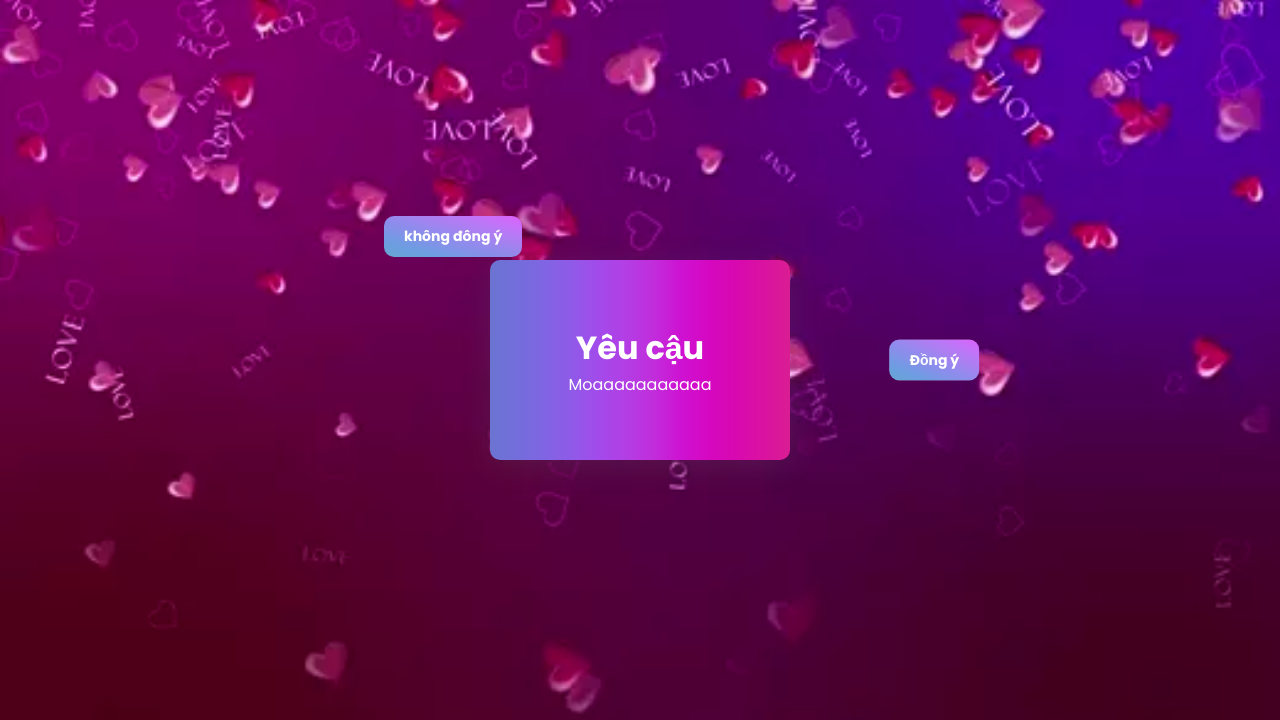
Repository: kuluong2000/love
Page: index.html
These files come from the project's save history. The page is drawn as it stood at one moment and after the next save; the edit follows.
The browser window is 1280 px wide. The pictures show the whole page.

Above is the page before, as saved 2022-06-04 22:28:44.

### index.html
<!DOCTYPE html>
<html lang="en">
  <head>
    <meta charset="UTF-8" />
    <meta http-equiv="X-UA-Compatible" content="IE=edge" />
    <meta name="viewport" content="width=device-width, initial-scale=1.0" />
    <link rel="stylesheet" href="app.css" />
    <title>Document</title>
  </head>
  <body>
    <div class="love">
      <button class="love-success btn">Đồng ý</button>
      <button class="love-fail btn">không đông ý</button>
    </div>
    <div class="box">
      <h1>Yêu cậu</h1>
      <p>Moaaaaaaaaaaa</p>
    </div>
    <script src="./app.js"></script>
  </body>
</html>

### app.css
@import url("https://fonts.googleapis.com/css2?family=Poppins:ital,wght@0,300;0,400;0,500;0,600;0,700;1,300;1,400;1,500;1,600;1,700&display=swap");
* {
  padding: 0;
  margin: 0;
  box-sizing: border-box;
}
body {
  font-family: "Poppins", sans-serif;
}
.love {
  position: relative;
  width: 100%;
  height: 100vh;
  background: url("./image/bg.webp") no-repeat center / cover;
}
.btn {
  display: inline-block;
  position: absolute;
  border: none;
  outline: none;
  cursor: pointer;
  padding: 10px 20px;
  border-radius: 10px;
  background-image: linear-gradient(to right top, #6ba6d1, #69a2d9, #6c9ee0, #7698e5, #8491e8, #8e8cec, #9b87ef, #a980f0, #b57af5, #c273f8, #d06afa, #df5ffb);
  color: white;
  font-size: 14px;
  font-family: "Poppins", sans-serif;
  font-weight: bold;
  transition: color 0.2s ease;
  overflow: hidden;
}

.btn::before {
  content: "";
  position: absolute;
  width: 0%;
  height: 100%;
  top: 0;
  right: 0;

  /* background-color: transparent; */
  transition: width 0.2s cubic-bezier(0.29, 0.18, 0.26, 0.83);
  background-image: linear-gradient(to right top, #6b74d1, #736ddb, #8065e3, #905ae8, #a34aeb, #b33ee4, #c12ddb, #ce12d2, #d508c1, #d808b0, #da12a1, #d91d93);

  z-index: -1;
}
.btn:hover::before {
  width: 100%;
  left: 0;
}
.love-success {
  right: 20%;
  top: 50%;
  transform: translate(-50%, -50%);
}
.love-fail {
  top: 30%;
  left: 30%;
  transform: translate(0);
}
.box {
  position: absolute;
  top: 50%;
  left: 50%;
  width: 300px;
  height: 200px;
  border-radius: 10px;
  transform: translate(-50%, -50%);
  background-image: linear-gradient(to right, #6b74d1, #736ddb, #8065e3, #905ae8, #a34aeb, #b33ee4, #c12ddb, #ce12d2, #d508c1, #d808b0, #da12a1, #d91d93);
  box-shadow: rgba(100, 100, 111, 0.2) 0px 7px 29px 0px;
  color: white;
  display: flex;
  align-items: center;
  justify-content: center;
  flex-direction: column;
}

### app.js
let position = document.body.getBoundingClientRect();
let widthBody = position.width;
let height = position.height;

const btnFail = document.querySelector(".love-fail");
const btnSize = btnFail.offsetWidth;
btnFail.addEventListener("mouseenter", () => {
  btnFail.style.left = `${Math.random() * widthBody - btnSize}px`;
  if (btnFail.style.left < 0) {
    btnFail.style.left = "10px";
  }
  btnFail.style.top = `${Math.random() * height}px`;
  //   btnFail.style.left = `${Math.random() * widthBody}px`;
  //   btnFail.style.left = `${Math.random() * widthBody}px`;
});

After the next save:
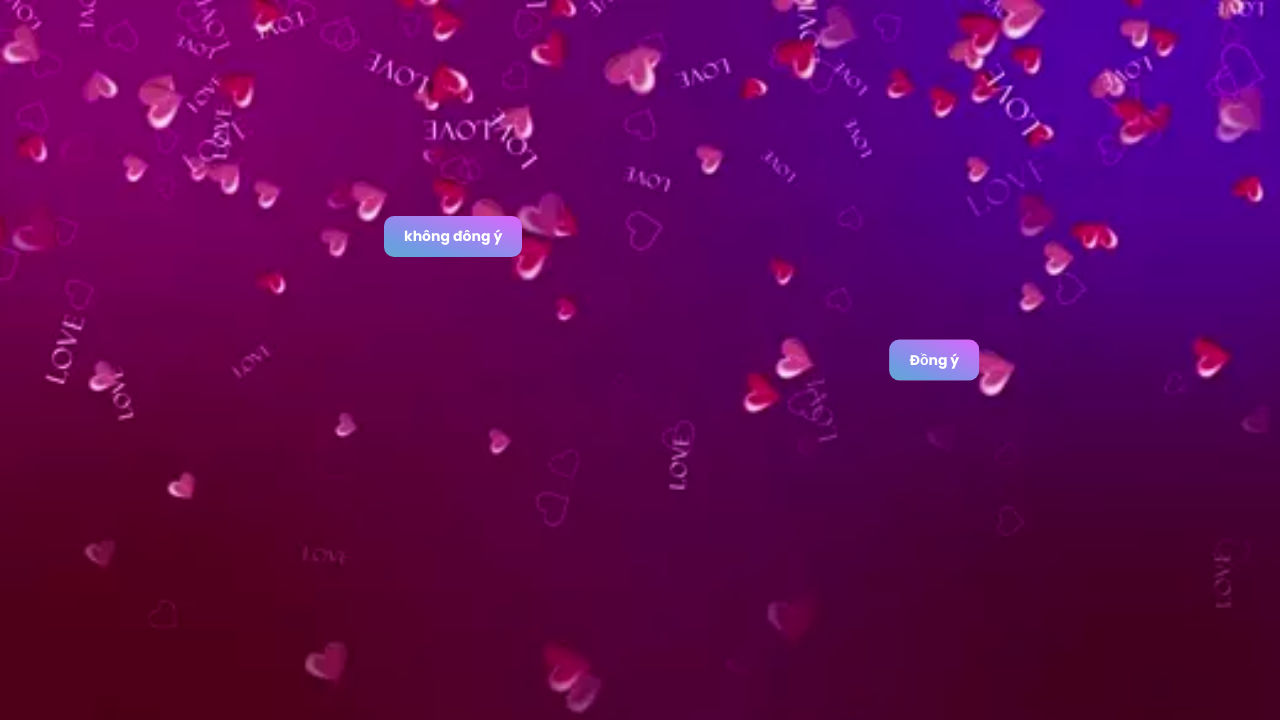
Saved 78 s later.
--- a/app.css
+++ b/app.css
@@ -73,4 +73,13 @@ body {
   align-items: center;
   justify-content: center;
   flex-direction: column;
+  opacity: 0;
+  visibility: hidden;
+  transform: scale(0);
+  transition: transform 0.3s linear;
 }
+.box.open {
+  opacity: 1;
+  visibility: visible;
+  transform: scale(1);
+}
